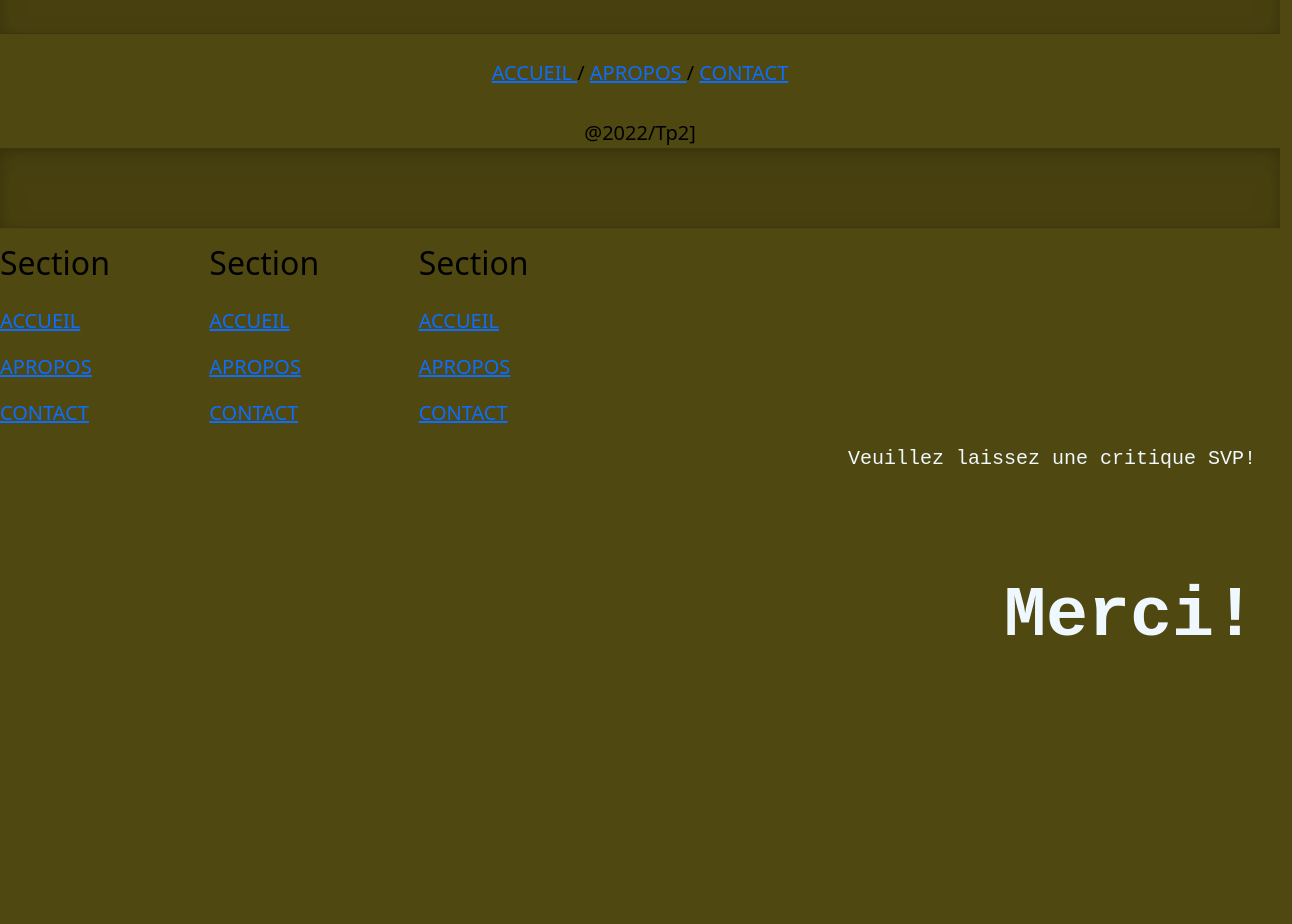
Repository: zezesylvain/cours-l3-info-2023-2024
Page: k.obite/Tp 2/Tp2/Index.html
These files come from the project's save history. The page is drawn as it stood at one moment and after a run of saves; the edit follows.
The browser window is 1280 px wide. The page is 1292 px wide, so the pictures cover 1292 px, including what lies to the right of the window. The pictures show the part of the page from y = 372 to 1296 px (the page is 1386 px tall before and 1410 px after).

Above is the page before, as saved 2021-12-15 11:20:42.

### k.obite/Tp 2/Tp2/Index.html
<!doctype html>
<html lang="en">
  <head>
    <!-- Required meta tags -->
    <meta charset="utf-8">
    <meta name="viewport" content="width=device-width, initial-scale=1">

    <!-- Bootstrap CSS -->
    <link href="https://cdn.jsdelivr.net/npm/bootstrap@5.1.3/dist/css/bootstrap.min.css" rel="stylesheet" integrity="sha384-1BmE4kWBq78iYhFldvKuhfTAU6auU8tT94WrHftjDbrCEXSU1oBoqyl2QvZ6jIW3" crossorigin="anonymous">
    <link rel="stylesheet" href="style.css">

    <title>Tp2, programmation, web</title>
  </head>

      <img  id="photo0" src="img10.png">
       <h1> Tp informatique </h1>


    <nav>

    </nav>

  <body>

 <br>


    <div class="container">
      <div class="row">
        <div class="col-md-6">
          <p>@2022/Tp2] Bienvenue sur ma page web</p>
        </div>
             <div class="col-md-6">
                <button type="button" class="btn btn-warning"> <a href="index.html"> ACCUEIL </a>  </button>
                <button type="button" class="btn btn-light"> <a href="about.html"> APROPOS </a> </button>
                <button type="button" class="btn btn-danger"> <a href="contact.html">  CONTACT </a></button>
             </div>
      </div>
    </div>

    <div id="vide"> </div>

<br>


    <div class="container">
       <div class="row"> <br> <br>
         <div  class="col-md-12" id="fichier11">
           <a href="index.html"> ACCUEIL </a> /
           <a href="about.html"> APROPOS </a> /
           <a href="contact.html">  CONTACT </a>
         </div>
         <div id="deco" class="col-md-12">
            @2022/Tp2]
         </div>
        </div></div>


     <div id="vide"> </div>

      <div class="row">

    <br>

         <div class="row">

         <p  class="col-md-6" id="fichier111">

           <div class="row">
          <h2 class="col-md-2"> Section </h2>
          <h2 class="col-md-2"> Section </h2>
          <h2 class="col-md-2"> Section </h2>

        </div>
        </p>

         <p class="row">

          <a class="col-md-2" href="index.html"> ACCUEIL  </a>
         <a  class="col-md-2" href="Index.html"> ACCUEIL </a>
         <a class="col-md-2" href="Index.html"> ACCUEIL </a>
         </p>

         <p class="row">

         <a class="col-md-2" href="about.html">  APROPOS  </a>
         <a class="col-md-2" href="Index.html"> APROPOS </a>
         <a class="col-md-2" href="Index.html"> APROPOS </a>
         </p>

         <p class="row">

         <a class="col-md-2" href="contact.html"> CONTACT  </a>
         <a class="col-md-2" href="Index.html"> CONTACT </a>
         <a class="col-md-2" href="Index.html"> CONTACT </a>
         </p>

         <p id="deco2" class="col-md-12"> Veuillez laissez une critique SVP!
           <br>
           <br>
           <br>
           <br>

          <b id="merci"> Merci!</b>

        </p>

         </p>


     <br>
     <br>
     <br>


        </div>

        </div>

        <br>
        <br>
        <br>
        <br>
        <br>
        <br>
        <br>
        <br>


        <footer>
          <h2 id="copy"> @ Copyright CodeLiber [2021:09:06] / Obitétp2info </h2>
       </footer>






    <!-- Optional JavaScript; choose one of the two! -->

    <!-- Option 1: Bootstrap Bundle with Popper -->
    <script src="https://cdn.jsdelivr.net/npm/bootstrap@5.1.3/dist/js/bootstrap.bundle.min.js" integrity="sha384-ka7Sk0Gln4gmtz2MlQnikT1wXgYsOg+OMhuP+IlRH9sENBO0LRn5q+8nbTov4+1p" crossorigin="anonymous"></script>

    <!-- Option 2: Separate Popper and Bootstrap JS -->
    <!--
    <script src="https://cdn.jsdelivr.net/npm/@popperjs/core@2.10.2/dist/umd/popper.min.js" integrity="sha384-7+zCNj/IqJ95wo16oMtfsKbZ9ccEh31eOz1HGyDuCQ6wgnyJNSYdrPa03rtR1zdB" crossorigin="anonymous"></script>
    <script src="https://cdn.jsdelivr.net/npm/bootstrap@5.1.3/dist/js/bootstrap.min.js" integrity="sha384-QJHtvGhmr9XOIpI6YVutG+2QOK9T+ZnN4kzFN1RtK3zEFEIsxhlmWl5/YESvpZ13" crossorigin="anonymous"></script>
    -->
  </body>
</html>

### k.obite/Tp 2/Tp2/style.css

#copy{

    color: rgb(255, 166, 00);
    text-align: center;
}

body{

    background-color:rgb(80, 72, 17)

}




#photo0{

    width: 100%;
    height: 200px;

}



#fichier1{

    font-size: 40px;
    text-align: right;
    color: aliceblue

}

div{


    border: 2px;
    text-align: left;
    font-size: 20px;
    color: black;

}

#vide{

    height: 5rem;
    background-color: rgba(0, 0, 0, 0.1);
    border: solid rgba(0, 0, 0, 0.15);
    border-width: 1px 0;
    box-shadow: inset 0 .5em 1.5em rgba(0, 0, 0, .1), inset 0 .125em .5em rgba(0, 0, 0, .15);
}

#deco{

    text-align: center;
}

#fichier11{

    text-align: center;
}

#deco2{

    color:aliceblue;
    font-family: 'Courier New', Courier, monospace;
    text-align: right;
}

#merci{
    font-size: 70px;
}

#msg{



}

After the next 3 saves:
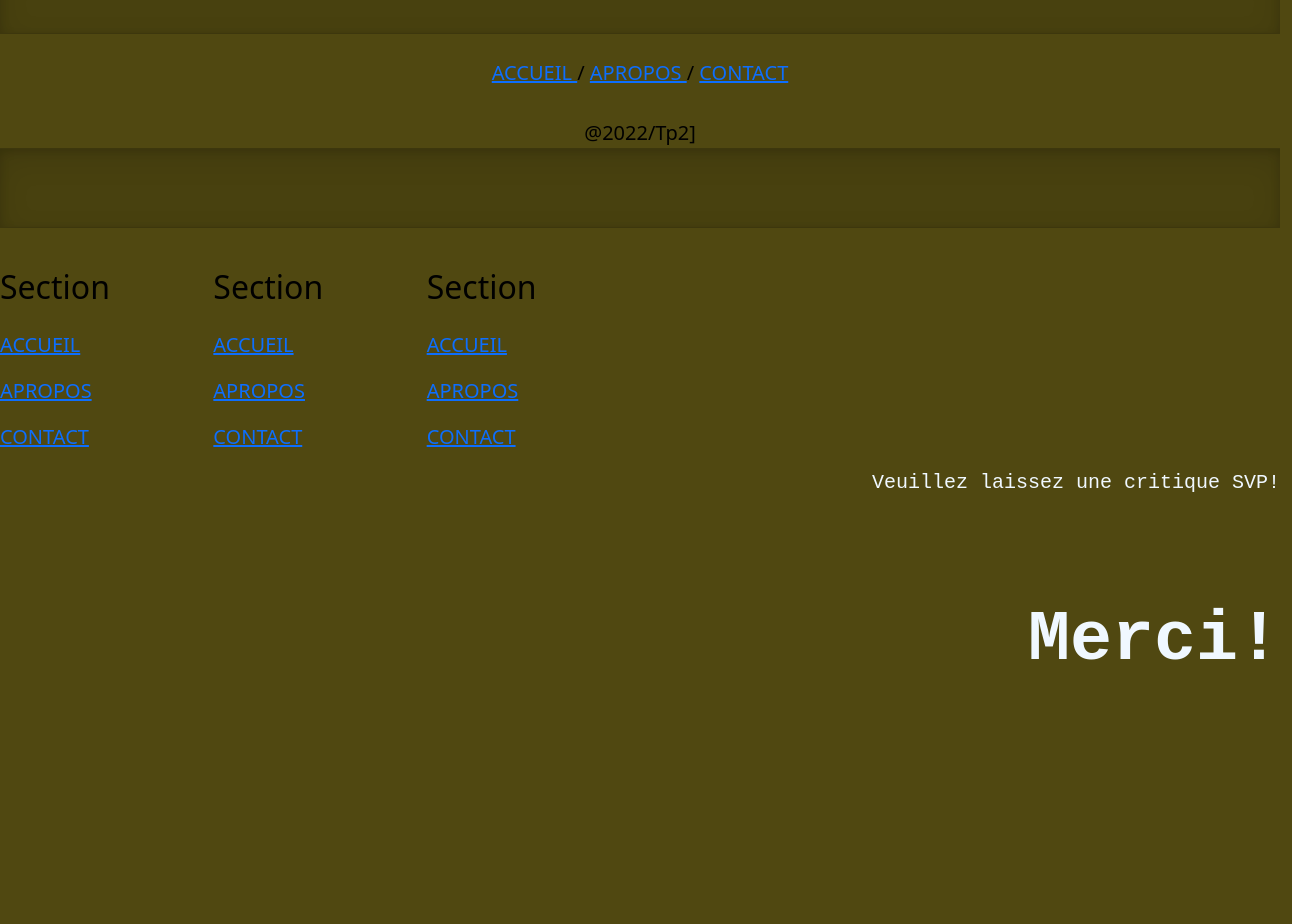
The 3 saves are shown as one change because they came seconds apart.
The last was saved 2 min 38 s later.
--- a/k.obite/Tp 2/Tp2/Index.html
+++ b/k.obite/Tp 2/Tp2/Index.html
@@ -53,12 +53,11 @@
          <div id="deco" class="col-md-12">
             @2022/Tp2]
          </div>
-        </div></div>
-
+        </div>
+      </div>
 
      <div id="vide"> </div>
 
-      <div class="row">
 
     <br>
 
